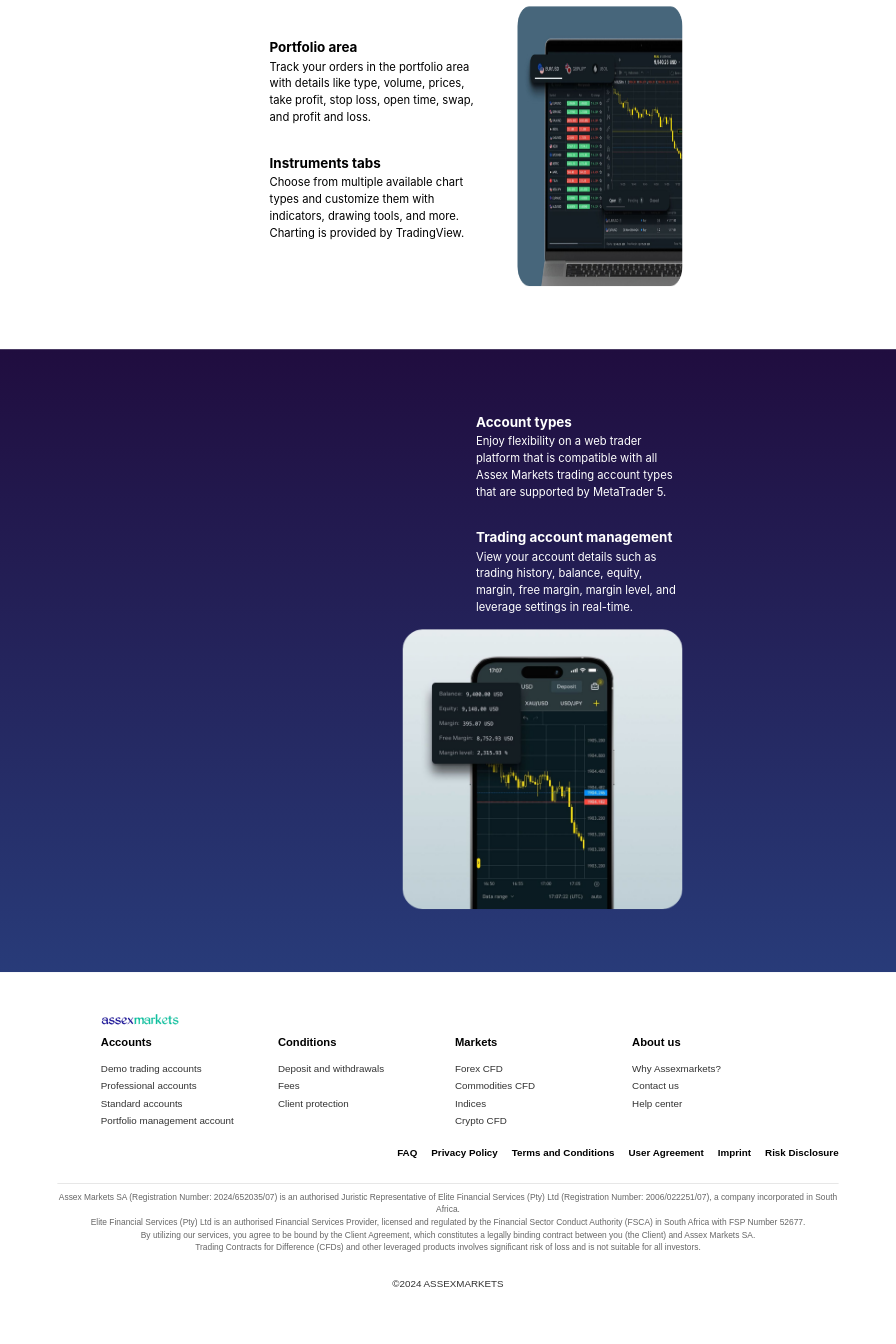
Repository: RevenewMarketing/Assex
Page: /webinar
These files come from the project's save history. The page is drawn as it stood at one moment and after the next save; the edit follows.
The browser window is 1280 px wide. The pictures show the part of the page from y = 1407 to 3327 px (the page is 3327 px tall before and 3017 px after), at 70% of full size.
The project was rebuilt for these pictures with package versions that can differ from the ones it lists, and the page was loaded fresh each time. Also part of the build but not shown: vite.config.ts, src/pages/home/sections/HeroSection.module.css, src/pages/home/sections/HeroSection.tsx, src/pages/home/sections/Section2.tsx, src/pages/home/sections/Section3.tsx, src/pages/home/sections/Section4.tsx, src/pages/home/sections/Section5.tsx, src/pages/home/sections/Section6.tsx and 32 more.

Above is the page before, as saved 2024-11-29 12:33:29.

After the next save:
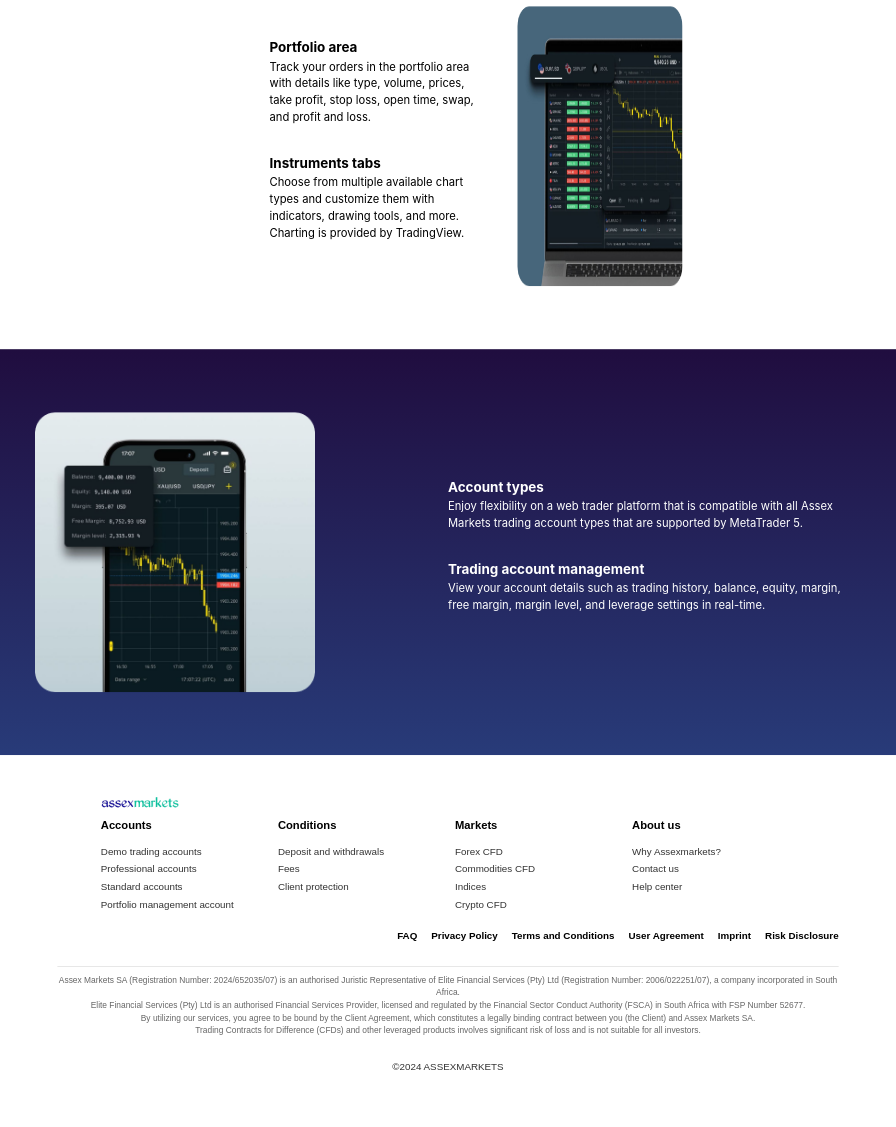
Saved 33 s later.
--- a/src/pages/web-terminal/sections/Section4.tsx
+++ b/src/pages/web-terminal/sections/Section4.tsx
@@ -14,7 +14,7 @@
 const Section4: React.FC = () => {
   return (
     <div className={styles.section}>
-      <div className={styles.textContainer}>
+
 
 
         <div className={styles.innerContents}>
@@ -42,7 +42,7 @@
             alt="Web App"
           />
         </div>
-      </div>
+
     </div>
   );
 };
